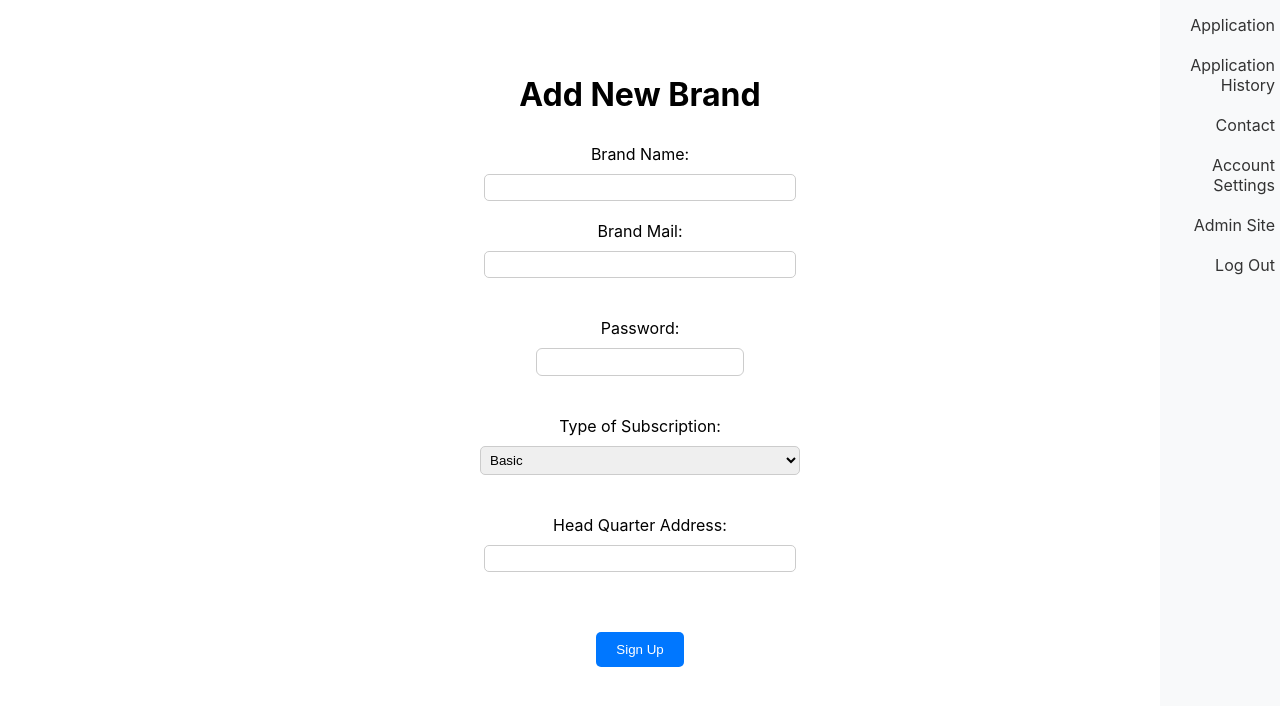
Repository: sng70/TimeOutCo
Page: /admin/newBrand (app in app/front-end/)
An editor plug-in stored every save of this project. The page is shown before and after the next save, followed by the edit.
The browser window is 1280 px wide. The pictures show the whole page.
The project was rebuilt for these pictures with package versions that can differ from the ones it lists, and the page was loaded fresh each time. Also part of the build but not shown: app/front-end/src/components/app-history/header.tsx, app/front-end/src/components/app-history/apllicationListItem.tsx, app/front-end/src/components/app-history/applicationList.tsx, app/front-end/src/pages/app-history/index.tsx, app/front-end/src/pages/dashboard/index.tsx, app/front-end/src/pages/contact/index.tsx, app/front-end/src/pages/login/index.tsx, app/front-end/src/pages/not-found/index.tsx and 6 more.

Above is the page before, as saved 2023-06-09 21:08:38.

After the next save:
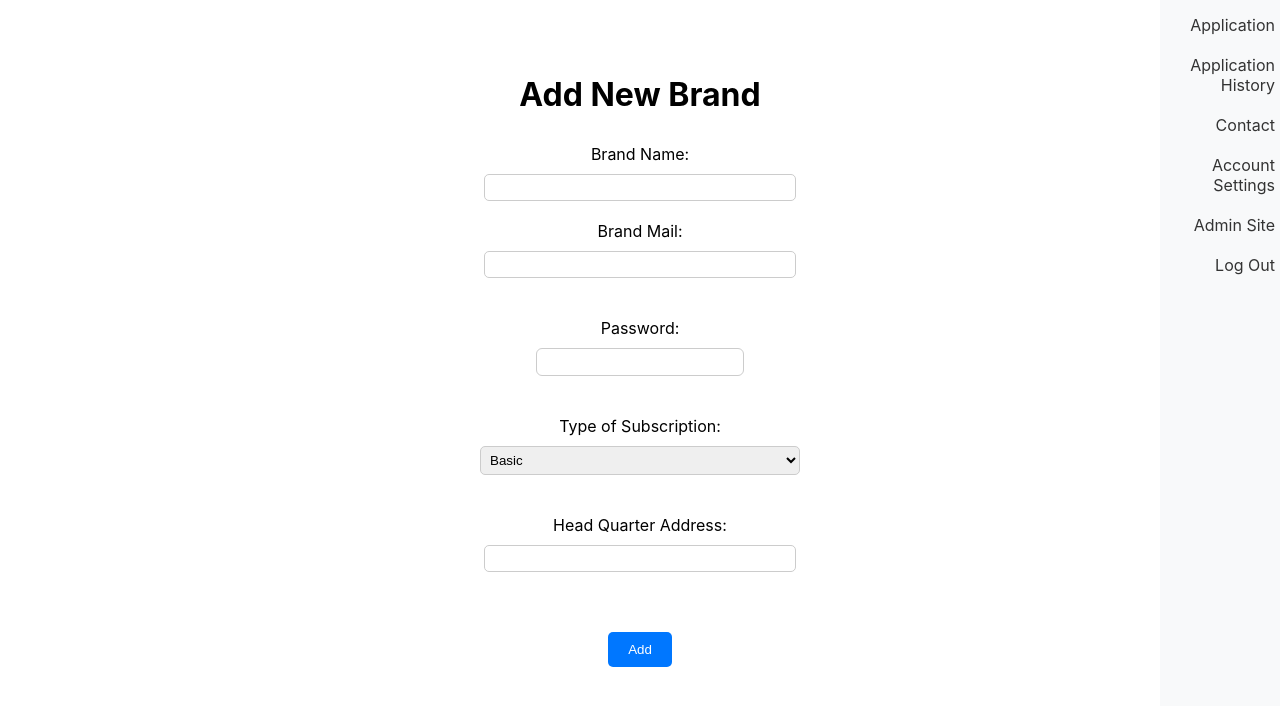
Saved 17 s later.
--- a/app/front-end/src/pages/admin-adding-new-brand-panel/index.tsx
+++ b/app/front-end/src/pages/admin-adding-new-brand-panel/index.tsx
@@ -85,7 +85,7 @@ function AdminAddingNewBrandPanel() {
         <br />
         <br />
         <button type="submit" id="submitButton" onSubmit={handleAddUp}>
-          Sign Up
+          Add
         </button>
       </form>
     </>
